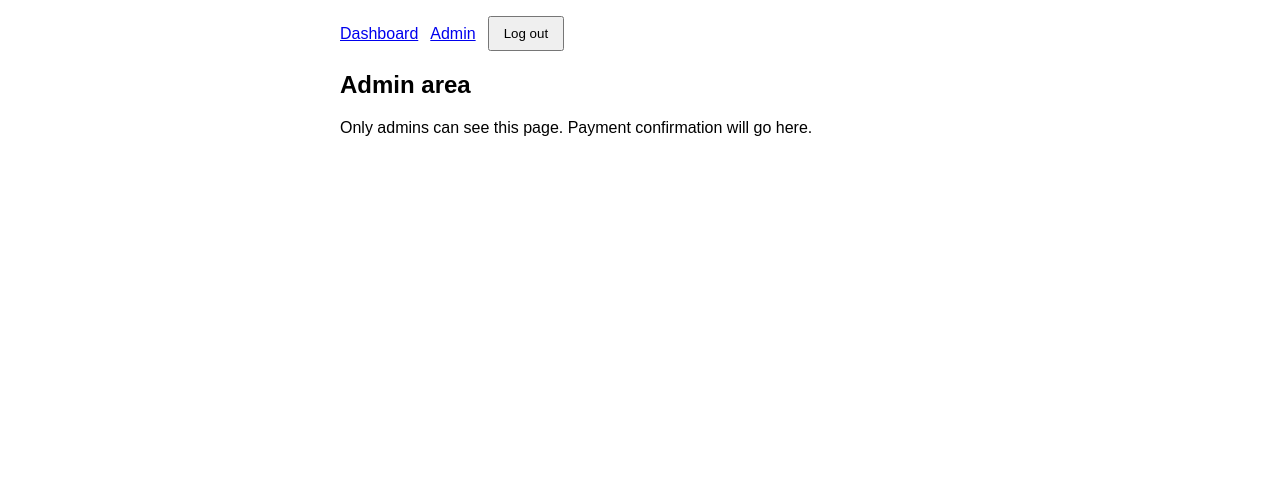
Repository: dennisanyomi/savings-website
Page: http://localhost/manage/
An editor plug-in stored every save of this project. The page is shown before and after the next save, followed by the edit.
The browser window is 1280 px wide. The pictures show the whole page.
The page is served by the project's application, run on Django 5.2 (manage.py). A made-up administrator, testuser (Test User, test@example.com), is signed in. Queries for data that is not in the repository find no rows.

Above is the page before, as saved 2026-10-01 00:35:38.

After the next save:
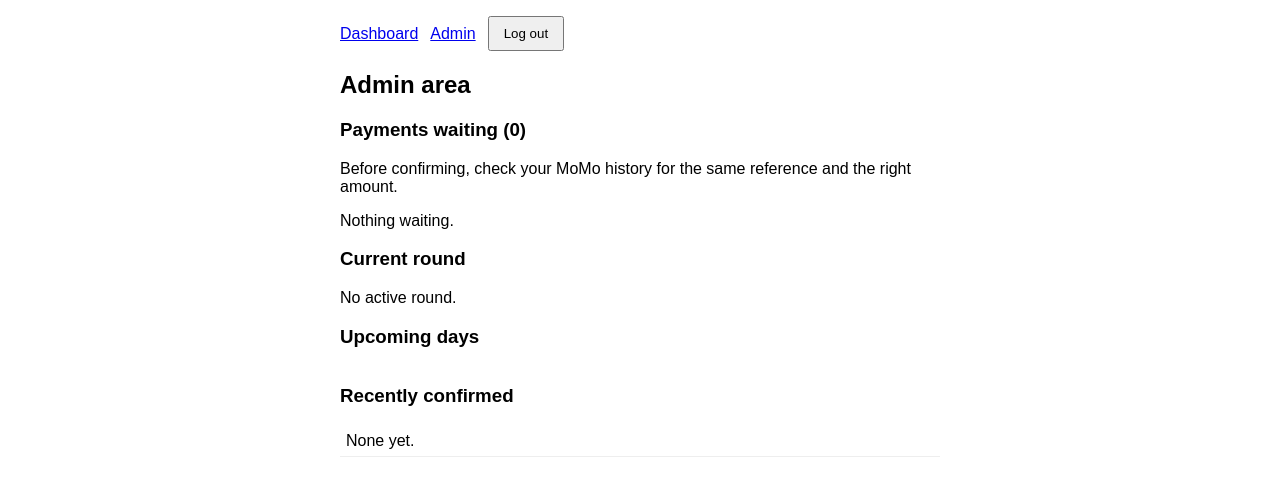
Saved 25 s later.
--- a/savings/templates/admin_home.html
+++ b/savings/templates/admin_home.html
@@ -1,5 +1,70 @@
 {% extends "base.html" %}
 {% block content %}
 <h2>Admin area</h2>
-<p>Only admins can see this page. Payment confirmation will go here.</p>
+
+<h3>Payments waiting ({{ pending|length }})</h3>
+<p>Before confirming, check your MoMo history for the same reference and the right amount.</p>
+{% for p in pending %}
+<div class="card">
+  <p><strong>{{ p.member }}</strong> for {{ p.day }}</p>
+  <p>GH₵ {{ p.amount|floatformat:0 }} | Reference: <strong>{{ p.momo_reference }}</strong></p>
+  <p>Submitted {{ p.submitted_at|date:"D j M, H:i" }}</p>
+  <form method="post" action="{% url 'confirm_payment' p.pk %}" style="display:inline">
+    {% csrf_token %}<button type="submit">Confirm</button>
+  </form>
+  <form method="post" action="{% url 'reject_payment' p.pk %}" style="display:inline">
+    {% csrf_token %}<button type="submit">Reject</button>
+  </form>
+</div>
+{% empty %}
+  <p>Nothing waiting.</p>
+{% endfor %}
+
+<h3>Current round</h3>
+{% if current_round %}
+<div class="card">
+  <p>Round {{ current_round.number }}, receiver: <strong>{{ current_round.recipient }}</strong></p>
+  <p>Confirmed: GH₵ {{ collected|floatformat:0 }} of {{ target }}</p>
+  {% if payout_ready %}
+    <form method="post" action="{% url 'record_payout' current_round.pk %}">
+      {% csrf_token %}
+      <p>Send GH₵ {{ collected|floatformat:0 }} to {{ current_round.recipient }} by MoMo, then:</p>
+      <button type="submit">I've sent the payout</button>
+    </form>
+  {% else %}
+    <p>The payout button appears when the full amount is confirmed.</p>
+  {% endif %}
+</div>
+{% else %}
+  <p>No active round.</p>
+{% endif %}
+
+<h3>Upcoming days</h3>
+<table>
+  {% for d in upcoming_days %}
+  <tr>
+    <td>{{ d.date|date:"D j M" }}</td>
+    <td>{% if d.is_skipped %}Skipped{% else %}Contribution day{% endif %}</td>
+    <td>
+      <form method="post" action="{% url 'toggle_skip' d.pk %}">
+        {% csrf_token %}
+        <button type="submit">{% if d.is_skipped %}Restore{% else %}Skip{% endif %}</button>
+      </form>
+    </td>
+  </tr>
+  {% endfor %}
+</table>
+
+<h3>Recently confirmed</h3>
+<table>
+  {% for p in recent %}
+  <tr>
+    <td>{{ p.member }}</td>
+    <td>{{ p.day.date|date:"j M" }}</td>
+    <td>{{ p.confirmed_by.username }}, {{ p.confirmed_at|date:"j M H:i" }}</td>
+  </tr>
+  {% empty %}
+  <tr><td>None yet.</td></tr>
+  {% endfor %}
+</table>
 {% endblock %}
